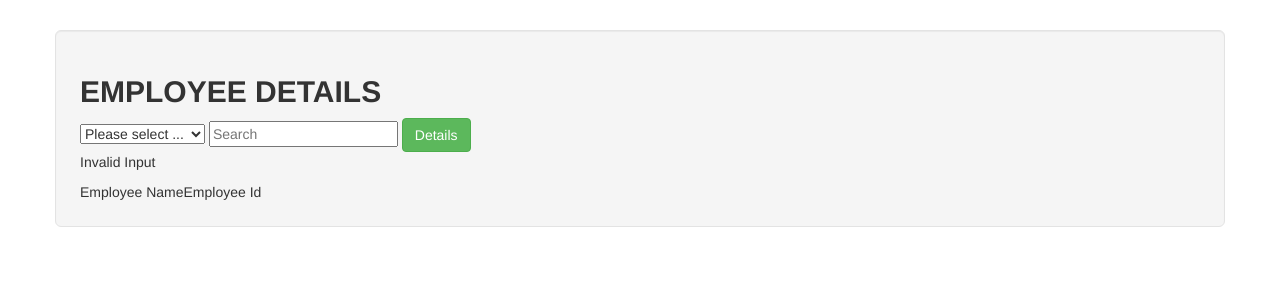
Repository: royakash07/FirstWebApplication
Page: http://localhost/SampleWebApplication/Details.jsp
The author's editor kept a copy of each file at every save. The page is drawn from the files as they stood at one save, then again after the next save.
The browser window is 1280 px wide. The pictures show the whole page.
Some web libraries are served in a nearby version. The page is served by Tomcat 9.

Above is the page before, as saved 2017-12-06 05:45:50.

After the next save:
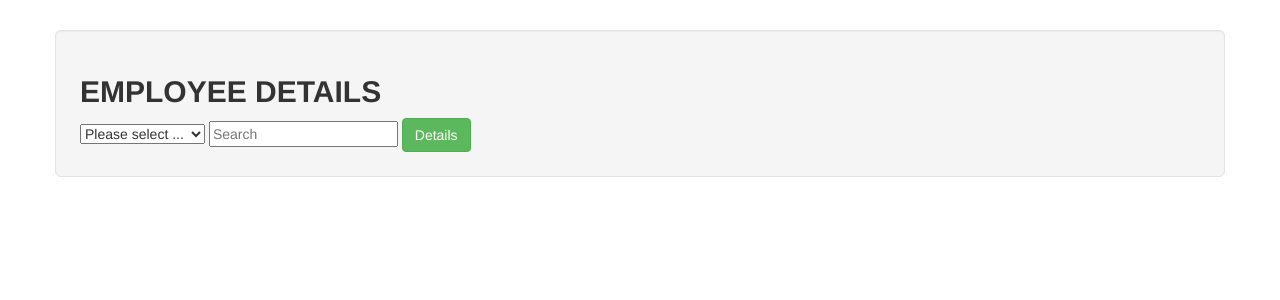
Saved 2 min 2 s later.
--- a/SampleWebApplication/WebContent/Details.jsp
+++ b/SampleWebApplication/WebContent/Details.jsp
@@ -32,7 +32,7 @@
 </select>
 <input type="text" name="SearchBox" placeholder="Search">
 <input type="submit" class="btn btn-success" value="Details"  onclick="myFunction()">
-<div class="myDiv" >
+<div class="myDiv" style="display:none">
 <table>
 <tr>
 <td>Employee Name</td>

After the save that followed:
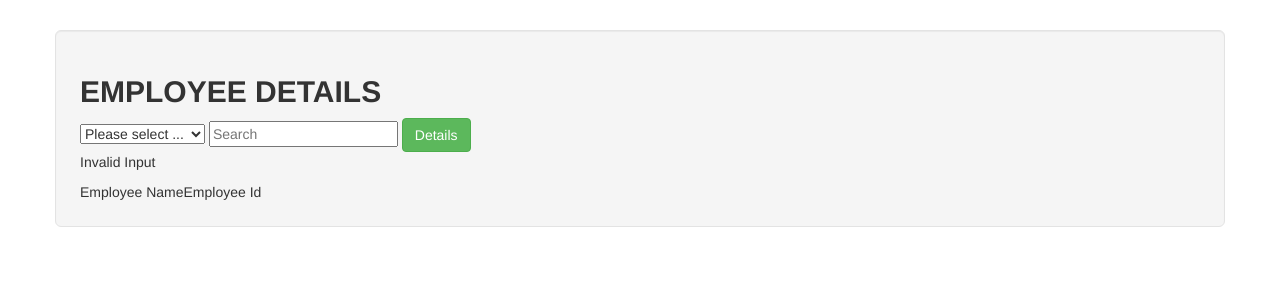
Saved 45 s later.
--- a/SampleWebApplication/WebContent/Details.jsp
+++ b/SampleWebApplication/WebContent/Details.jsp
@@ -13,7 +13,9 @@
   <script src="https://maxcdn.bootstrapcdn.com/bootstrap/3.3.7/js/bootstrap.min.js"></script>
 <meta http-equiv="Content-Type" content="text/html; charset=ISO-8859-1">
 <style>
-
+.hide{
+style="display:none">
+}
 #show[type=button]:onclick + div {
 	display:block;
 }
@@ -32,7 +34,7 @@
 </select>
 <input type="text" name="SearchBox" placeholder="Search">
 <input type="submit" class="btn btn-success" value="Details"  onclick="myFunction()">
-<div class="myDiv" style="display:none">
+<div class="myDiv" >
 <table>
 <tr>
 <td>Employee Name</td>
